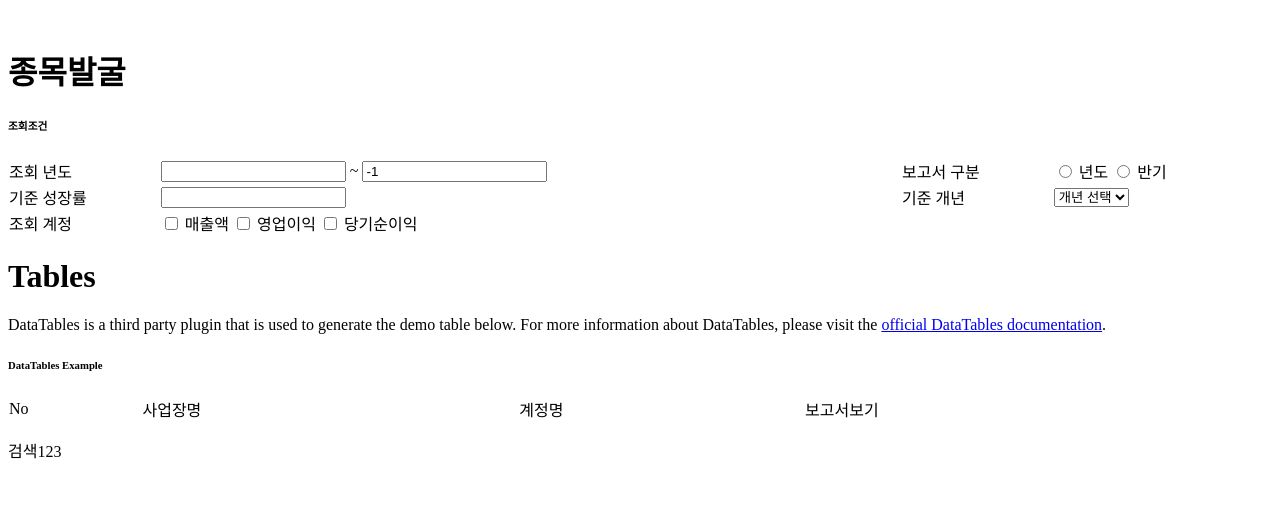
Repository: bangProgram/PJT_Finance
Page: http://localhost/Finance/WEB-INF/views/report/reportList.jsp
The author's editor kept a copy of each file at every save. The page is drawn from the files as they stood at one save, then again after the next save.
The browser window is 1280 px wide. The pictures show the whole page.
The page is served by Tomcat 9. Nobody is signed in. The template is opened directly, without the code that normally fills it, so the values that code supplies are empty.

Above is the page before, as saved 2022-10-25 06:05:09.

After the next save:
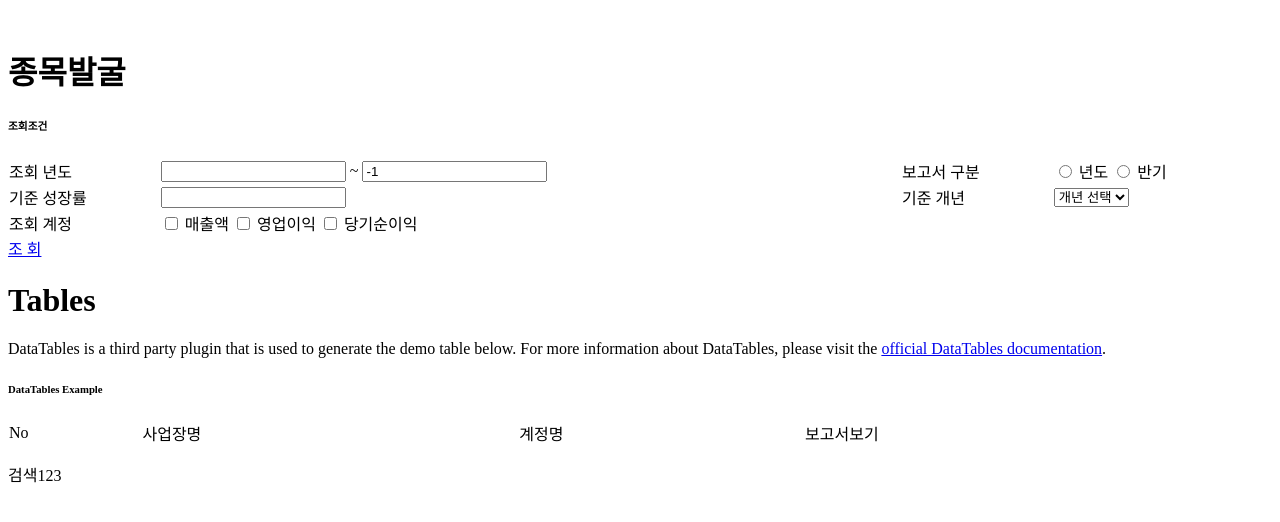
Saved 17 min 9 s later.
--- a/Finance/src/main/webapp/WEB-INF/views/report/reportList.jsp
+++ b/Finance/src/main/webapp/WEB-INF/views/report/reportList.jsp
@@ -95,6 +95,12 @@
                         </tr>
                     </tbody>
                 </table>
+                <a href="#" class="btn btn-primary btn-icon-split btn-sm">
+                     <span class="icon text-white-50">
+                         <i class="fas fa-flag"></i>
+                     </span>
+                     <span class="text">조 회</span>
+               	</a>
             </div>
         </div>
     </div>
@@ -128,6 +134,7 @@
 					        <td>보고서보기</td>
 						</tr>
 			        </thead>
+			        <tbody id="bodtList">
 			        <c:forEach var="list" items="${resultList}" varStatus="status">
 			        	<tr>
 			        		<td><c:out value="${list.RNUM}" /></td>
